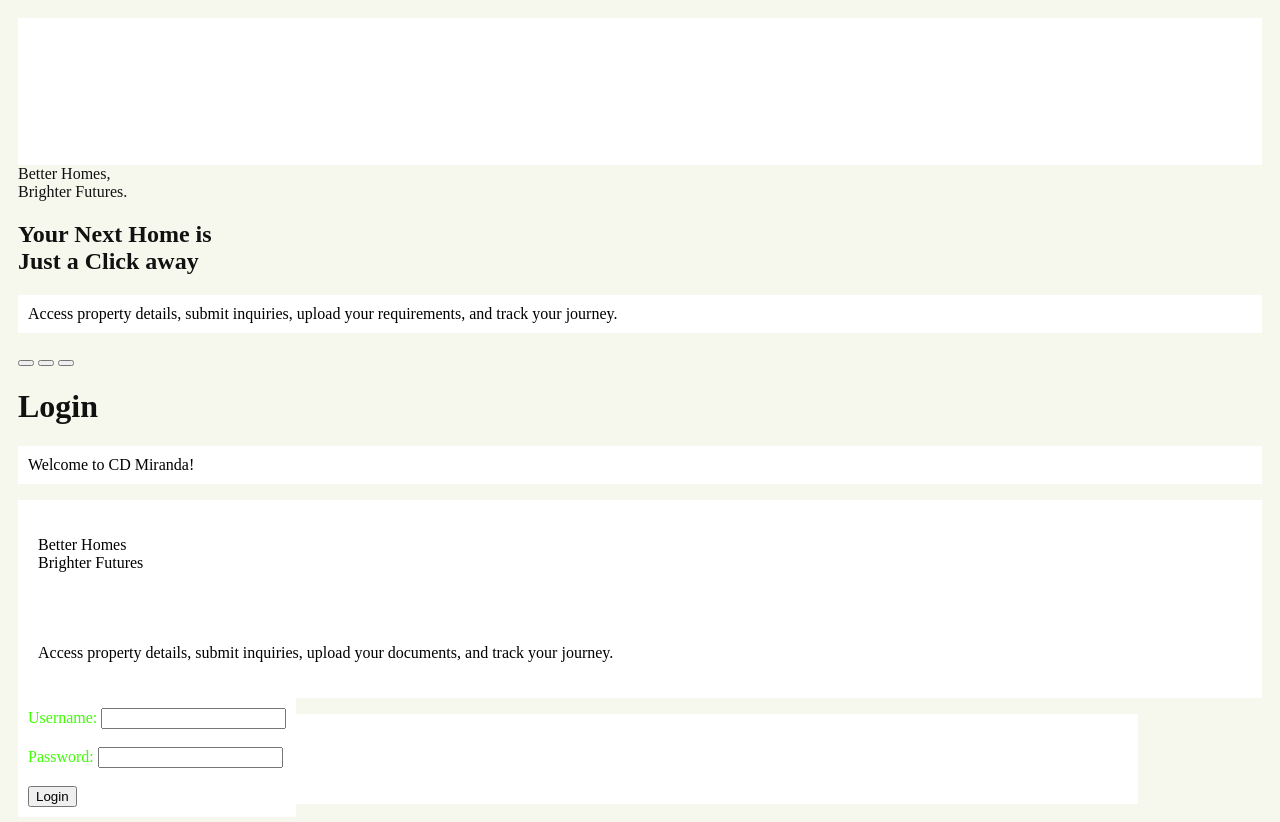
Repository: Gianeuz/CD-Miranda
Page: login/login.html
The author's editor kept a copy of each file at every save. The page is drawn from the files as they stood at one save, then again after a run of saves.
The browser window is 1280 px wide. The pictures show the whole page.

Above is the page before, as saved 2026-09-25 00:14:54.

### login/login.html
<!DOCTYPE html>
<html lang="en">
<head>
    <meta charset="UTF-8">
    <meta name="viewport" content="width=device-width, initial-scale=1.0">
    <link rel="icon" href="favicon.jpg" type="image/x-icon">
    <link rel="stylesheet" href="login.css">
    <title>CD Miranda</title>
</head>
<body>

    <div class="header">
        <h1>Urban Scope</h1>
        <h2>CD Miranda Realty</h2>
    </div>

    <div class="cursive-tagline">
        Better Homes,<br>Brighter Futures.
      </div>

      <!-- Bottom Headline and Interactive Carousel Dots -->
      <div class="showcase-caption">
        <h2 id="slideTitle">Your Next Home is<br>Just a Click away</h2>
        <p id="slideDesc">Access property details, submit inquiries, upload your requirements, and track your journey.</p>

        <div class="dots-container">
          <button class="dot active" onclick="setSlide(0)" aria-label="Slide 1"></button>
          <button class="dot" onclick="setSlide(1)" aria-label="Slide 2"></button>
          <button class="dot" onclick="setSlide(2)" aria-label="Slide 3"></button>
        </div>
        </div>
<div class="welcome">
    <h1>Login</h1>
    <p>Welcome to CD Miranda!</p>
</div>

<div class="qoute">
    <p>Better Homes <br> Brighter Futures</p>
</div>

<div class="qoute-text">
    <p>Access property details, submit inquiries, upload your documents, and track your journey.</p>
</div>

<div class="login-form">
    <form action="login.php" method="post">
        <label for="username">Username:</label>
        <input type="text" id="username" name="username" required><br><br>

        <label for="password">Password:</label>
        <input type="password" id="password" name="password" required><br><br>

        <input type="submit" value="Login">
    </form>
</div>

<div class="register">
    <p>Don't have an account?</p>
    <a href="register.html">Register</a>
</div>

<div class="forgot-password">
    <a href="forgot_password.html">Forgot Password?</a>
</div>

<link rel="picture"

</body>
</html>

### login/login.css
body {
    background-color: #f6f8ed;
    color: rgb(17, 17, 17);
    padding: 10px;
    text-align: left;
}

p {
    background-color: #ffffff;
    color: rgb(0, 0, 0);
    padding: 10px;
    text-align: left;
}

.header {
    background-color: #ffffff;
    color: rgb(255, 255, 255);
    padding: 10px;
    text-align: left;
}

.qoute {
    background-color: #ffffff;
    color: rgb(60, 255, 0);
    padding: 10px;
    text-align: left;
}

.qoute-text {
    background-color: #ffffff;
    color: rgb(60, 255, 0);
    padding: 10px;
    text-align: left;
}

.login-form {
    background-color: #ffffff;
    color: rgb(60, 255, 0);
    padding: 10px;
    text-align: left;
    position: absolute;
}

.register{
    background-color: #ffffff;
    right: 90px;
    top: 100px;
    width: 90%;
}

.forgot-password {
    background-color: #ffffff;
    right: 90px;
    top: 100px;
    width: 90%;
}

After the next 2 saves:
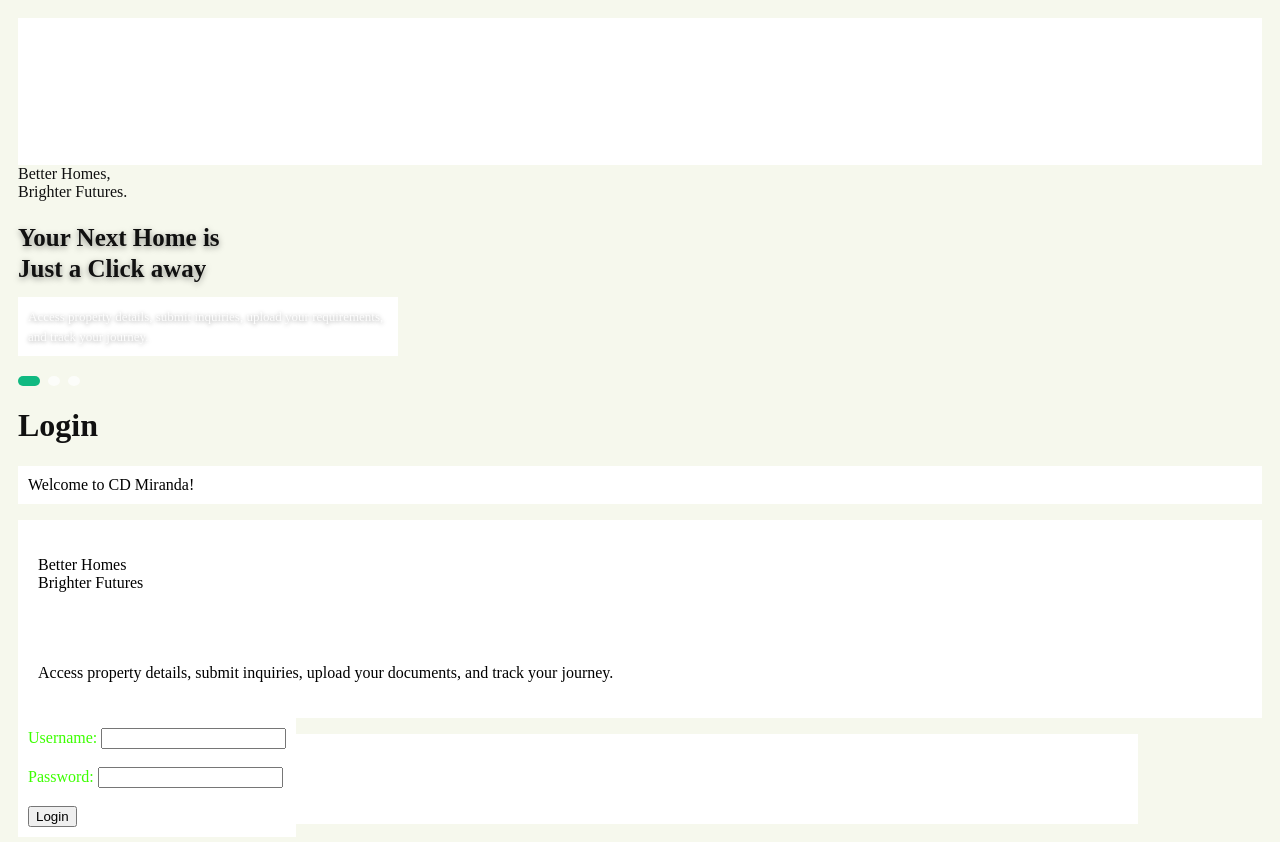
The 2 saves are shown as one change because they came seconds apart.
The last was saved 35 s later.
--- a/login/login.css
+++ b/login/login.css
@@ -54,3 +54,42 @@ p {
     top: 100px;
     width: 90%;
 }
+
+    .showcase-caption h2 {
+      font-size: 25px;
+      font-weight: 700;
+      line-height: 1.25;
+      margin-bottom: 8px;
+      text-shadow: 0 2px 6px rgba(0, 0, 0, 0.4);
+    }
+
+    .showcase-caption p {
+      font-size: 13px;
+      line-height: 1.5;
+      color: rgba(255, 255, 255, 0.9);
+      max-width: 360px;
+      margin-bottom: 20px;
+      text-shadow: 0 1px 4px rgba(0, 0, 0, 0.4);
+    }
+
+    .dots-container {
+      display: flex;
+      align-items: center;
+      gap: 8px;
+    }
+
+    .dot {
+      width: 10px;
+      height: 10px;
+      border-radius: 50%;
+      border: none;
+      background-color: rgba(255, 255, 255, 0.7);
+      cursor: pointer;
+      transition: all 0.25s ease;
+    }
+
+    .dot.active {
+      background-color: #10b981;
+      width: 22px;
+      border-radius: 10px;
+    }
